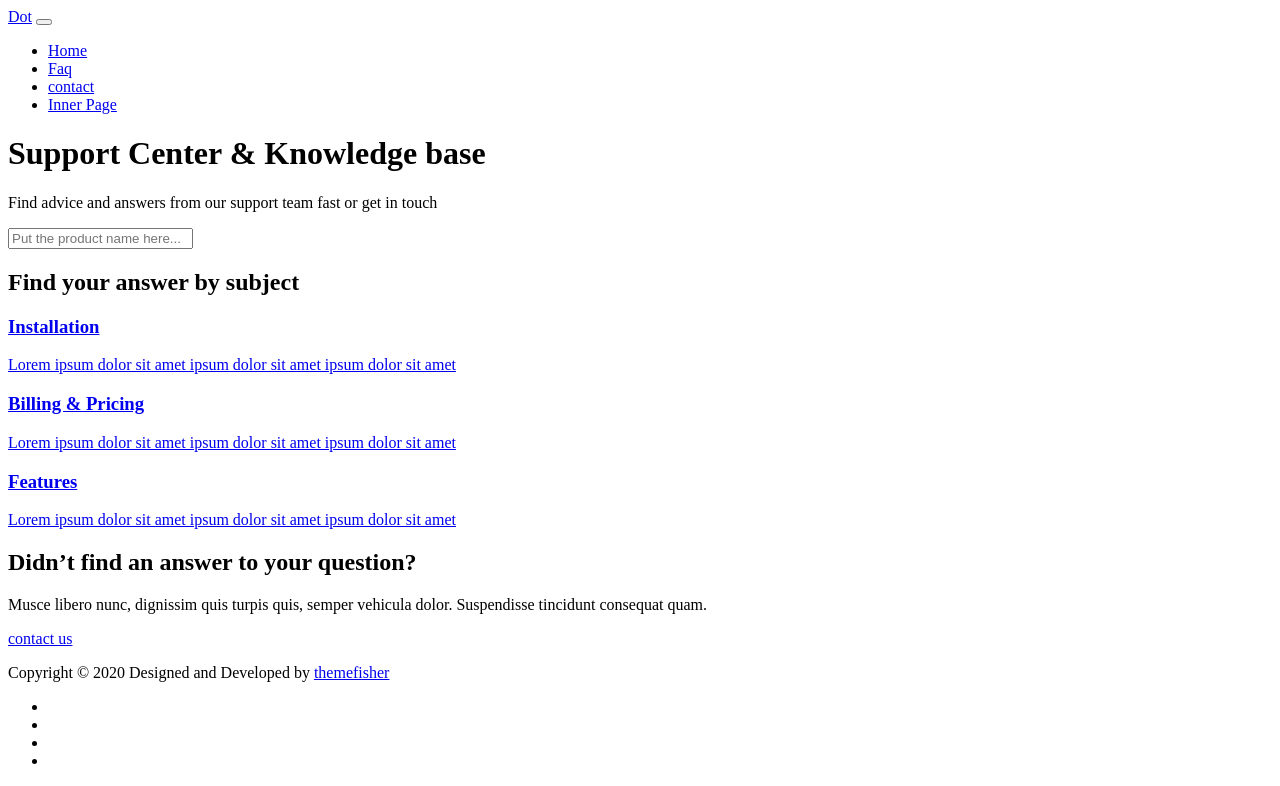
Repository: AlexThyCoolest/ReviewReader
Page: http://localhost/
An editor plug-in stored every save of this project. The page is shown before and after the next save, followed by the edit.
The browser window is 1280 px wide. The pictures show the whole page.
The page is served by the project's application, run on Flask 3 (main.py).

Above is the page before, as saved 2024-07-23 10:32:27.
Console error: ReferenceError: jQuery is not defined
Not found: OYT/assets/style.css
Not found: OYT/plugins/bootstrap/bootstrap.min.css
Not found: OYT/plugins/bootstrap/bootstrap.min.js

### OYT/templates/index.html
<!DOCTYPE html>
<html lang="en-us">

<head>
    <meta charset="utf-8">
    <title>Dot</title>
    <meta name="viewport" content="width=device-width, initial-scale=1, maximum-scale=1">

    <!-- theme meta -->
    <meta name="theme-name" content="dot" />

    <!-- ** CSS Plugins Needed for the Project ** -->

    <!-- Bootstrap -->
    <link rel="stylesheet" href="plugins/bootstrap/bootstrap.min.css">
    <!-- themefy-icon -->
    <link rel="stylesheet" href="plugins/themify-icons/themify-icons.css">
    <!--Favicon-->
    <link rel="icon" href="images/favicon.png" type="image/x-icon">
    <!-- fonts -->
    <link href="https://fonts.googleapis.com/css?family=Lato:300,400,700&display=swap" rel="stylesheet">
    <!-- Main Stylesheet -->
    <link href="assets/style.css" rel="stylesheet" media="screen" />
</head>

<body>
    <!-- header -->
    <header class="banner overlay bg-cover" data-background="images/banner.jpg">
        <nav class="navbar navbar-expand-md navbar-dark">
            <div class="container">
                <a class="navbar-brand px-2" href="index.html">Dot</a>
                <button class="navbar-toggler border-0" type="button" data-toggle="collapse" data-target="#navigation"
                    aria-controls="navigation" aria-expanded="false" aria-label="Toggle navigation">
                    <span class="navbar-toggler-icon"></span>
                </button>

                <div class="collapse navbar-collapse text-center" id="navigation">
                    <ul class="navbar-nav ml-auto">
                        <li class="nav-item">
                            <a class="nav-link text-dark" href="index.html">Home</a>
                        </li>
                        <li class="nav-item">
                            <a class="nav-link text-dark" href="faq.html">Faq</a>
                        </li>
                        <li class="nav-item">
                            <a class="nav-link text-dark" href="contact.html">contact</a>
                        </li>
                        <li class="nav-item">
                            <a class="nav-link text-dark" href="single.html">Inner Page</a>
                        </li>
                    </ul>
                </div>
            </div>
        </nav>
        <!-- banner -->
        <div class="container section">
            <div class="row">
                <div class="col-lg-8 text-center mx-auto">
                    <h1 class="text-white mb-3">Support Center &amp; Knowledge base</h1>
                    <p class="text-white mb-4">Find advice and answers from our support team fast or get in touch</p>
                    <div class="position-relative">
                        <input id="articleURL" name="articleURL" type="text" class="form-control"
                            placeholder="Put the product name here..."><i class="ti-search search-icon"></i>
                    </div>
                </div>
            </div>
        </div>
        <!-- /banner -->
    </header>
    <!-- /header -->

    <!-- topics -->
    <section class="section">
        <div class="container">
            <div class="row justify-content-center">
                <div class="col-12 text-center">
                    <h2 class="section-title">Find your answer by subject</h2>
                </div>
                <!-- topic-item -->
                <div class="col-lg-4 col-sm-6 mb-4">
                    <a href="single.html" class="px-4 py-5 bg-white shadow text-center d-block match-height">
                        <i class="ti-panel icon text-primary d-block mb-4"></i>
                        <h3 class="mb-3 mt-0">Installation</h3>
                        <p class="mb-0">Lorem ipsum dolor sit amet ipsum dolor sit amet ipsum dolor sit amet</p>
                    </a>
                </div>
                <div class="col-lg-4 col-sm-6 mb-4">
                    <a href="single.html" class="px-4 py-5 bg-white shadow text-center d-block match-height">
                        <i class="ti-credit-card icon text-primary d-block mb-4"></i>
                        <h3 class="mb-3 mt-0">Billing &amp; Pricing</h3>
                        <p class="mb-0">Lorem ipsum dolor sit amet ipsum dolor sit amet ipsum dolor sit amet</p>
                    </a>
                </div>
                <div class="col-lg-4 col-sm-6 mb-4">
                    <a href="single.html" class="px-4 py-5 bg-white shadow text-center d-block match-height">
                        <i class="ti-package icon text-primary d-block mb-4"></i>
                        <h3 class="mb-3 mt-0">Features</h3>
                        <p class="mb-0">Lorem ipsum dolor sit amet ipsum dolor sit amet ipsum dolor sit amet</p>
                    </a>
                </div>
            </div>
        </div>
    </section>
    <!-- /topics -->

    <!-- call to action -->
    <section>
        <div class="container">
            <div class="row">
                <div class="col-12">
                    <div class="section px-3 bg-white shadow text-center">
                        <h2 class="mb-4">Didn&rsquo;t find an answer to your question?</h2>
                        <p class="mb-4">Musce libero nunc, dignissim quis turpis quis, semper vehicula dolor.
                            Suspendisse tincidunt
                            consequat quam.</p>
                        <a href="contact.html" class="btn btn-primary">contact us</a>
                    </div>
                </div>
            </div>
        </div>
    </section>
    <!-- /call to action -->

    <!-- footer -->
    <footer class="section pb-4">
        <div class="container">
            <div class="row align-items-center">
                <div class="col-md-8 text-md-left text-center">
                    <p class="mb-md-0 mb-4">Copyright © 2020 Designed and Developed by <a
                            href="https://themefisher.com/">themefisher</a></p>
                </div>
                <div class="col-md-4 text-md-right text-center">
                    <ul class="list-inline">
                        <li class="list-inline-item"><a class="text-color d-inline-block p-2" href="#"><i
                                    class="ti-facebook"></i></a></li>
                        <li class="list-inline-item"><a class="text-color d-inline-block p-2" href="#"><i
                                    class="ti-twitter-alt"></i></a></li>
                        <li class="list-inline-item"><a class="text-color d-inline-block p-2" href="#"><i
                                    class="ti-github"></i></a>
                        </li>
                        <li class="list-inline-item"><a class="text-color d-inline-block p-2" href="#"><i
                                    class="ti-linkedin"></i></a></li>
                    </ul>
                </div>
            </div>
        </div>
    </footer>
    <!-- /footer -->

    <!-- ** JS Plugins Needed for the Project ** -->
    <!-- jquiry -->
    <script src="plugins/jquery/jquery-1.12.4.js"></script>
    <!-- Bootstrap JS -->
    <script src="plugins/bootstrap/bootstrap.min.js"></script>
    <!-- match-height JS -->
    <script src="plugins/match-height/jquery.matchHeight-min.js"></script>
    <!-- Main Script -->
    <script src="assets/script.js"></script>
</body>

</html>

### OYT/main.py
import time
import random
import pickle
from flask import Flask, render_template, request, redirect, url_for
from selenium import webdriver
from selenium.webdriver.chrome.options import Options
from selenium.webdriver.common.by import By
from selenium.webdriver.support.ui import WebDriverWait
from selenium.webdriver.support import expected_conditions as EC
from selenium.common.exceptions import TimeoutException, NoSuchElementException
from fake_useragent import UserAgent
import pandas as pd
import numpy as np
from nltk.corpus import stopwords
from nltk.tokenize import word_tokenize
from nltk.stem import WordNetLemmatizer
import string
import re
import nltk
from textblob import TextBlob
from urllib.parse import unquote

nltk.download('stopwords', quiet=True)
nltk.download('punkt', quiet=True)
nltk.download('wordnet', quiet=True)

app = Flask(__name__)

# Preprocessing function
def preprocess_text(text):
    stop_words = set(stopwords.words('english'))
    lemmatizer = WordNetLemmatizer()
    if isinstance(text, str):
        tokens = word_tokenize(text.lower())
        tokens = [token for token in tokens if token not in string.punctuation]
        tokens = [token for token in tokens if token not in stop_words]
        tokens = [lemmatizer.lemmatize(token) for token in tokens]
        return ' '.join(tokens)
    else:
        return ""

# Function to get product details and reviews from Amazon
def get_product_details(product_name, max_reviews=1000):
    ua = UserAgent()
    user_agent = ua.random
    chrome_options = Options()
    chrome_options.add_argument("--headless")
    chrome_options.add_argument("--disable-gpu")
    chrome_options.add_argument("--no-sandbox")
    chrome_options.add_argument("--disable-dev-shm-usage")
    chrome_options.add_argument(f"user-agent={user_agent}")
    driver = webdriver.Chrome(options=chrome_options)

    try:
        search_url = f"https://www.amazon.com/s?k={product_name.replace(' ', '+')}"
        driver.get(search_url)
        WebDriverWait(driver, 20).until(EC.presence_of_element_located((By.CSS_SELECTOR, '[data-component-type="s-search-result"]')))
        driver.execute_script("window.scrollTo(0, document.body.scrollHeight);")
        time.sleep(2)

        selectors = [
            'div[data-component-type="s-search-result"] h2 a',
            '.s-result-item h2 a',
            '.s-search-results .s-result-item a.a-link-normal',
        ]

        first_product = None
        for selector in selectors:
            try:
                first_product = driver.find_element(By.CSS_SELECTOR, selector)
                break
            except NoSuchElementException:
                continue

        if not first_product:
            print("Could not find the product link.")
            return {}

        first_product.click()
        WebDriverWait(driver, 20).until(EC.presence_of_element_located((By.ID, "productTitle")))

        title = driver.find_element(By.ID, "productTitle").text
        author = driver.find_element(By.CSS_SELECTOR, '.author .contributorNameID').text if driver.find_elements(By.CSS_SELECTOR, '.author .contributorNameID') else "N/A"
        rating = driver.find_element(By.CSS_SELECTOR, 'span[data-hook="rating-out-of-text"]').text if driver.find_elements(By.CSS_SELECTOR, 'span[data-hook="rating-out-of-text"]') else "N/A"
        reviews_count = driver.find_element(By.CSS_SELECTOR, 'span[data-hook="total-review-count"]').text if driver.find_elements(By.CSS_SELECTOR, 'span[data-hook="total-review-count"]') else "N/A"

        reviews_link = driver.find_element(By.CSS_SELECTOR, 'a[data-hook="see-all-reviews-link-foot"]')
        reviews_link.click()
        WebDriverWait(driver, 20).until(EC.presence_of_element_located((By.ID, "cm_cr-review_list")))

        reviews = []
        while len(reviews) < max_reviews:
            review_elements = driver.find_elements(By.CSS_SELECTOR, 'div[data-hook="review"]')
            for review in review_elements:
                reviewer_name = review.find_element(By.CSS_SELECTOR, '.a-profile-name').text
                try:
                    review_rating = review.find_element(By.CSS_SELECTOR, 'i[data-hook="review-star-rating"]').get_attribute('innerHTML').strip()
                except NoSuchElementException:
                    try:
                        review_rating = review.find_element(By.CSS_SELECTOR, 'i[data-hook="cmps-review-star-rating"]').get_attribute('innerHTML').strip()
                    except NoSuchElementException:
                        review_rating = "Rating not found"
                review_text = review.find_element(By.CSS_SELECTOR, 'span[data-hook="review-body"]').text.strip()
                reviews.append({
                    'Reviewer': reviewer_name,
                    'Rating': review_rating,
                    'Text': review_text
                })
                if len(reviews) >= max_reviews:
                    break

            next_page = driver.find_elements(By.CSS_SELECTOR, 'li.a-last a')
            if next_page and len(reviews) < max_reviews:
                next_page[0].click()
                time.sleep(2)
                WebDriverWait(driver, 20).until(EC.presence_of_element_located((By.ID, "cm_cr-review_list")))
            else:
                break

        return {
            'Title': title,
            'Author': author,
            'Overall Rating': rating,
            'Total Reviews': reviews_count,
            'Sample Reviews': reviews
        }

    except Exception as e:
        print(f"Error: {str(e)}")
        return {}
    finally:
        driver.quit()

# Function to classify reviews and calculate the ratio
def classify_and_calculate_ratio(reviews, model, vectorizer, threshold):
    fake_count = 0
    real_count = 0
    real_ratings = []
    real_review_texts = []
    for review in reviews:
        preprocessed_text = preprocess_text(review['Text'])
        vectorized_text = vectorizer.transform([preprocessed_text])
        probability = model.predict_proba(vectorized_text)[0, 1]
        prediction = 1 if probability >= threshold else 0
        if prediction == 1:
            fake_count += 1
        else:
            real_count += 1
            real_review_texts.append(review['Text'])
            try:
                rating_text = review['Rating']
                match = re.search(r'(\d+(\.\d+)?)', rating_text)
                if match:
                    rating = float(match.group(1))
                    real_ratings.append(rating)
                else:
                    print(f"Couldn't extract rating from: {rating_text}")
            except Exception as e:
                print(f"Error processing rating: {review['Rating']}. Error: {str(e)}")

    ratio = f"{fake_count}:{real_count}"
    avg_real_rating = sum(real_ratings) / len(real_ratings) if real_ratings else 0
    return ratio, fake_count, real_count, avg_real_rating, real_review_texts

# Function to analyze sentiment and provide recommendation
def analyze_sentiment_and_recommend(real_review_texts):
    overall_sentiment = 0
    for review in real_review_texts:
        sentiment = TextBlob(review).sentiment.polarity
        overall_sentiment += sentiment

    avg_sentiment = overall_sentiment / len(real_review_texts) if real_review_texts else 0

    if avg_sentiment > 0.2:
        return "Based on the real reviews, I recommend buying this product. The overall sentiment is positive."
    elif avg_sentiment < -0.2:
        return "Based on the real reviews, I do not recommend buying this product. The overall sentiment is negative."
    else:
        return "Based on the real reviews, the sentiment is mixed. Consider reading more reviews before making a decision."

# Function to load pre-trained model, vectorizer, and threshold
def load_model(model_path, vectorizer_path, threshold_path):
    with open(model_path, 'rb') as f:
        model = pickle.load(f)
    with open(vectorizer_path, 'rb') as f:
        vectorizer = pickle.load(f)
    with open(threshold_path, 'rb') as f:
        optimal_threshold = pickle.load(f)
    return model, vectorizer, optimal_threshold

@app.route("/", methods=["GET"])
def index():
    return render_template("index.html")

@app.route("/loading", methods=["POST"])
def loading():
    jokes = [
        "Why don't scientists trust atoms? Because they make up everything!",
        "Why did the scarecrow win an award? Because he was outstanding in his field!",
        "Why don't skeletons fight each other? They don't have the guts.",
        "What do you call fake spaghetti? An impasta!",
        "Why did the bicycle fall over? Because it was two-tired!",
        "Why don't some couples go to the gym? Because some relationships don't work out.",
        "I would avoid the sushi if I was you. It's a little fishy.",
        "Want to hear a joke about construction? I'm still working on it.",
        "Why don't eggs tell jokes? They'd crack each other up.",
        "I don't trust stairs. They're always up to something.",
        "What do you call cheese that isn't yours? Nacho cheese.",
        "How does a penguin build its house? Igloos it together.",
        "Why did the math book look sad? Because it had too many problems.",
        "What do you get when you cross a snowman and a vampire? Frostbite.",
        "Why don't oysters donate to charity? Because they are shellfish.",
        "Why did the golfer bring two pairs of pants? In case he got a hole in one.",
        "Why did the coffee file a police report? It got mugged.",
        "How does a cucumber become a pickle? It goes through a jarring experience.",
        "Why don't you ever see elephants hiding in trees? Because they're so good at it.",
        "Why did the tomato turn red? Because it saw the salad dressing.",
        "What do you call a bear with no teeth? A gummy bear.",
        "How do you organize a space party? You planet.",
        "Why did the orange stop? It ran out of juice.",
        "Why did the cookie go to the doctor? Because it was feeling crumbly.",
        "What do you call a can opener that doesn't work? A can't opener.",
        "Why did the gym close down? It just didn't work out.",
        "What do you call a parade of rabbits hopping backwards? A receding hare-line.",
        "Why don't scientists trust atoms? Because they make up everything.",
        "What do you call a fake stone in Ireland? A sham rock.",
        "Why don't eggs tell jokes? They'd crack each other up.",
        "What do you call a boomerang that doesn't come back? A stick.",
        "Why don't skeletons fight each other? They don't have the guts.",
        "What do you call a sleeping bull? A bulldozer.",
        "Why did the scarecrow become a successful motivational speaker? He was outstanding in his field.",
        "What do you call a belt made of watches? A waist of time.",
        "Why did the invisible man turn down the job offer? He couldn't see himself doing it.",
        "What do you call a bear with no teeth? A gummy bear.",
        "Why did the math book look so sad? Because it had too many problems.",
        "What do you call a can opener that doesn't work? A can't opener.",
        "Why did the cookie go to the doctor? Because it was feeling crumbly.",
        "What do you call a fake noodle? An impasta.",
        "Why did the gym close down? It just didn't work out.",
        "What do you call a parade of rabbits hopping backwards? A receding hare-line.",
        "Why don't scientists trust atoms? Because they make up everything.",
        "What do you call a fake stone in Ireland? A sham rock.",
        "Why don't eggs tell jokes? They'd crack each other up.",
        "What do you call a boomerang that doesn't come back? A stick.",
        "Why don't skeletons fight each other? They don't have the guts.",
        "What do you call a sleeping bull? A bulldozer."
    ]
    product_name = request.form.get("product_name")
    random_jokes = random.sample(jokes, len(jokes))
    return render_template("loading.html", product_name=product_name, jokes=random_jokes)

@app.route("/results/<path:product_name>", methods=["GET"])
def results(product_name):
    product_name = unquote(product_name)
    max_reviews = 1000

    product_details = get_product_details(product_name, max_reviews=max_reviews)

    if product_details:
        # Load pre-trained model, vectorizer, and optimal threshold
        model, vectorizer, optimal_threshold = load_model('model.pkl', 'vectorizer.pkl', 'optimal_threshold.pkl')

        # Classify reviews and calculate statistics
        ratio, fake_count, real_count, avg_real_rating, real_review_texts = classify_and_calculate_ratio(product_details['Sample Reviews'], model, vectorizer, optimal_threshold)

        recommendation = analyze_sentiment_and_recommend(real_review_texts)

        return render_template("results.html",
                               product_details=product_details,
                               ratio=ratio,
                               fake_count=fake_count,
                               real_count=real_count,
                               avg_real_rating=avg_real_rating,
                               recommendation=recommendation)
    else:
        return render_template("results.html", product_details=None)

if __name__ == "__main__":
    app.run(host='0.0.0.0', port=2020, debug=True)

### OYT/static/assets/script.js
(function ($) {
  'use strict';

  // data background
  $('[data-background]').each(function () {
    $(this).css({
      'background-image': 'url(' + $(this).data('background') + ')'
    });
  });

  // collapse
  $('.collapse').on('shown.bs.collapse', function () {
    $(this).parent().find('.ti-plus').removeClass('ti-plus').addClass('ti-minus');
  }).on('hidden.bs.collapse', function () {
    $(this).parent().find('.ti-minus').removeClass('ti-minus').addClass('ti-plus');
  });

  // match height
  $('.match-height').matchHeight({
    byRow: true,
    property: 'height',
    target: null,
    remove: false
  });

})(jQuery);

After the next save:
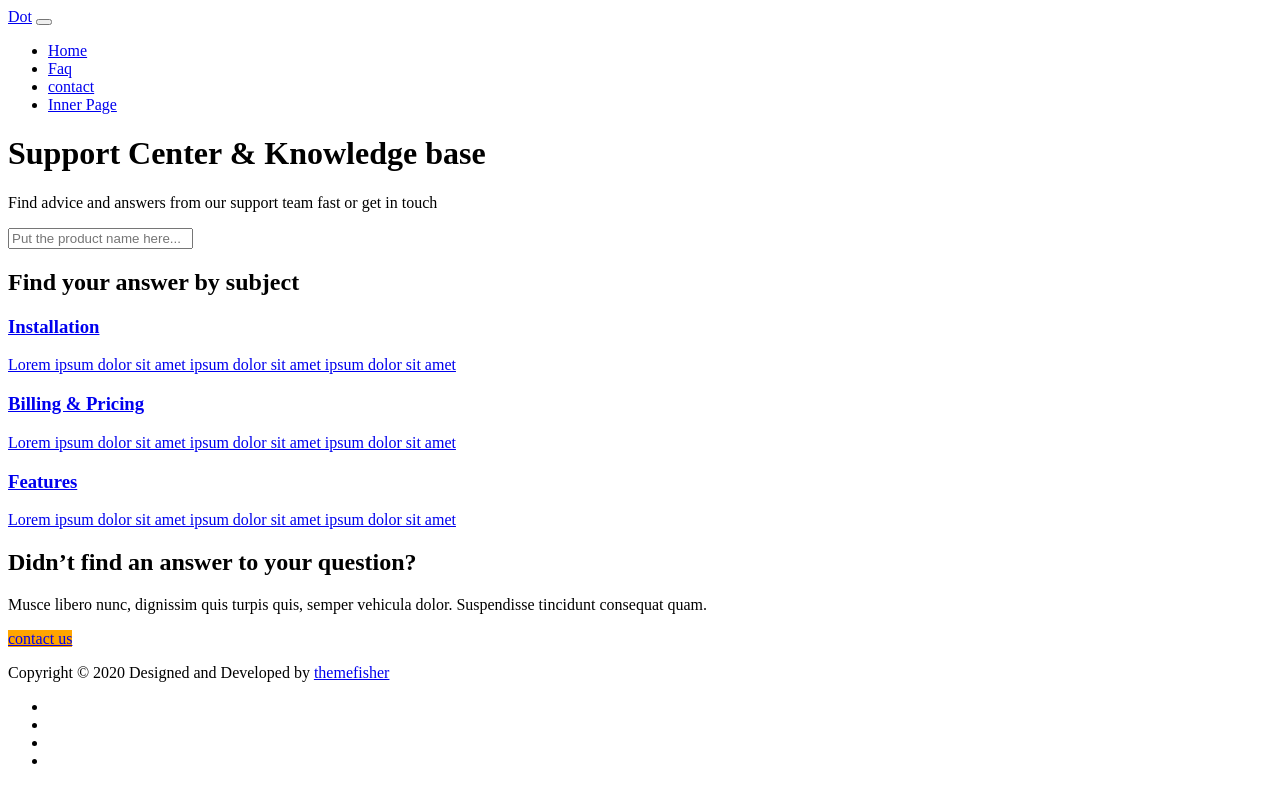
Saved 23 s later.
--- a/OYT/templates/index.html
+++ b/OYT/templates/index.html
@@ -21,6 +21,23 @@
     <link href="https://fonts.googleapis.com/css?family=Lato:300,400,700&display=swap" rel="stylesheet">
     <!-- Main Stylesheet -->
     <link href="assets/style.css" rel="stylesheet" media="screen" />
+    <style>
+        :root {
+            --primary-color: #FFA500;
+            /* Yellow-Orange */
+        }
+
+        .btn-primary,
+        .bg-primary {
+            background-color: var(--primary-color) !important;
+            border-color: var(--primary-color) !important;
+        }
+
+        .text-primary {
+            color: var(--primary-color) !important;
+        }
+    </style>
+</head>
 </head>
 
 <body>
